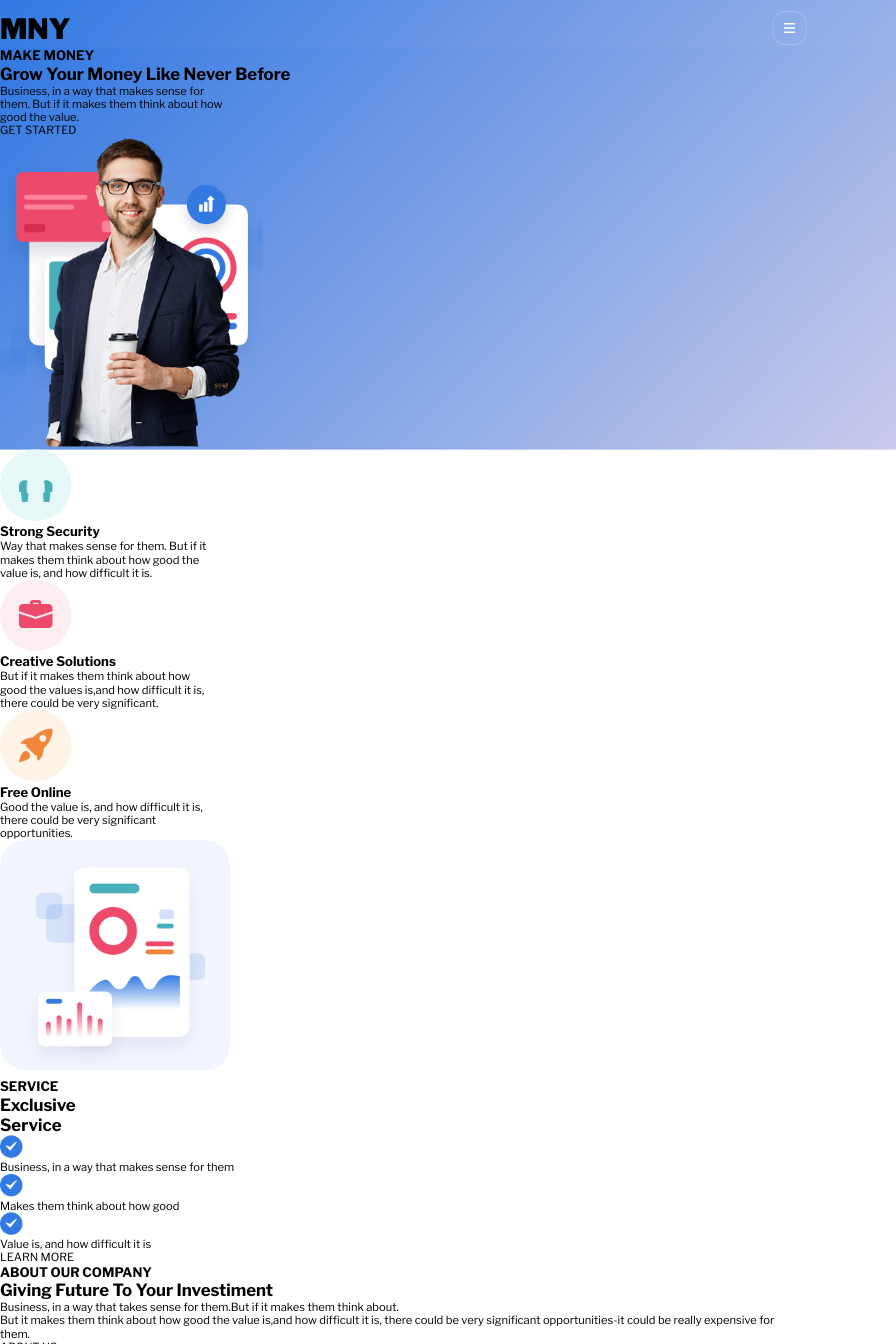
Repository: juniorAntunes910/Make-Money-Design-Avaliacao
Page: index.html
An editor plug-in stored every save of this project. The page is shown before and after a run of saves, followed by the edit.
The browser window is 1280 px wide. The pictures show the part of the page from y = 0 to 1920 px (the page is 4619 px tall), at 70% of full size.

Above is the page before, as saved 2026-03-13 08:11:21.

After the next 4 saves:
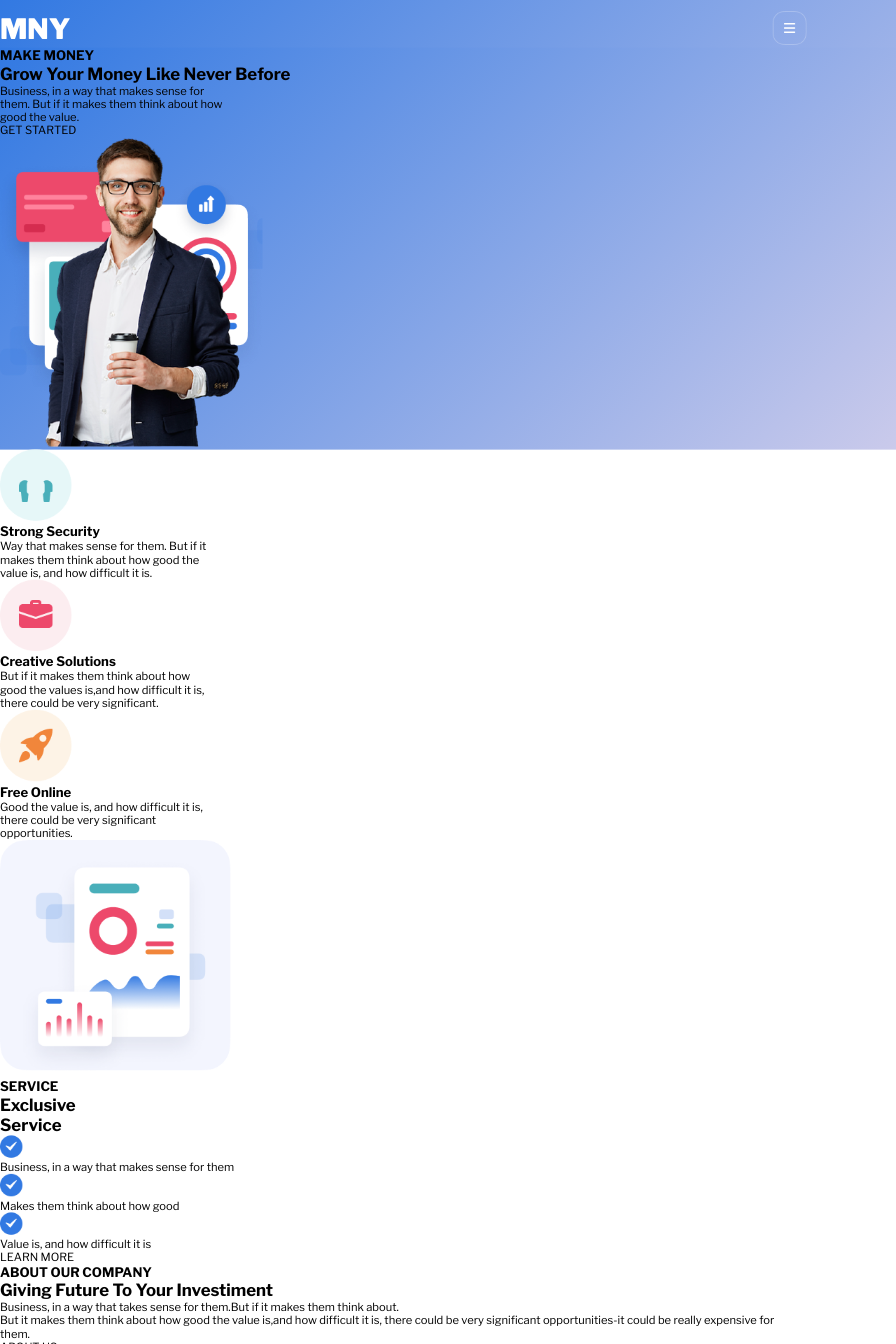
The 4 saves are shown as one change because they came seconds apart.
The last was saved 11 s later.
--- a/style.css
+++ b/style.css
@@ -73,4 +73,5 @@ header nav{
     font-size: 40px;
     font-weight: var(--weight-black);
     line-height: 48px;
+    color: var(--color-white)
 }
